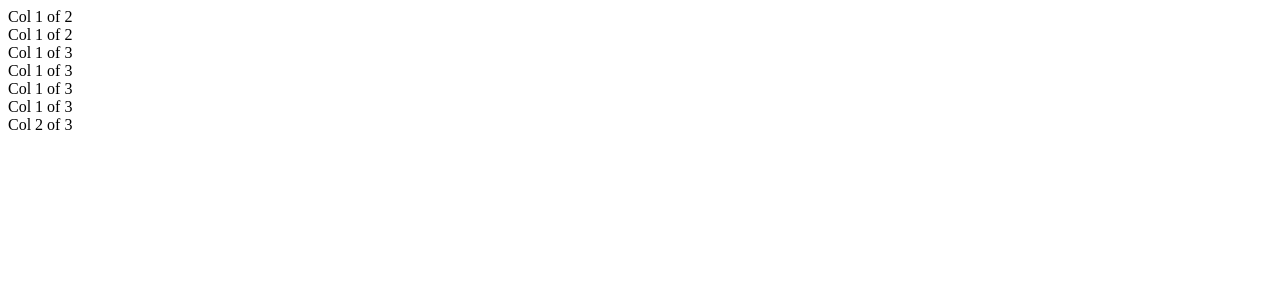
Repository: haokiet2501/grid-basic
Page: index.html
An editor plug-in stored every save of this project. The page is shown before and after the next save, followed by the edit.
The browser window is 1280 px wide. The pictures show the whole page.

Above is the page before, as saved 2022-08-11 17:07:16.

After the next save:
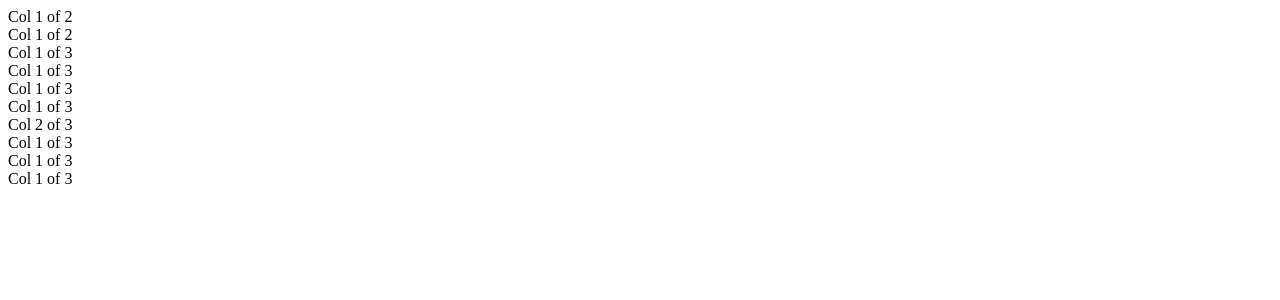
Saved 34 s later.
--- a/index.html
+++ b/index.html
@@ -38,6 +38,19 @@
                 Col 2 of 3
             </div>
         </div>
+
+        <div class="row">
+            <div class="col-1-of-3">
+                Col 1 of 3
+            </div>
+            <div class="col-1-of-3">
+                Col 1 of 3
+            </div>
+            <div class="col-1-of-3">
+                Col 1 of 3
+            </div>
+        </div>
+
     </section>
 </body>
 </html>
